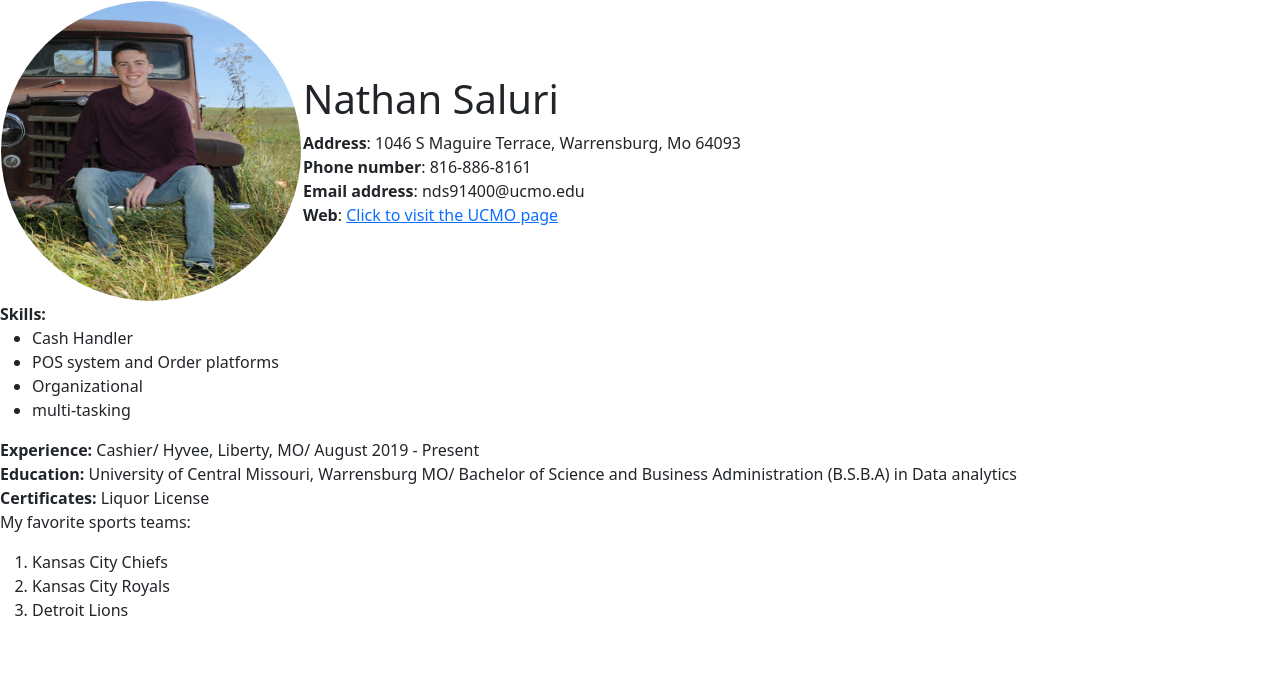
Repository: nds91400/spring-2023-cis2625-serverless
Page: lesson8/index.html
The author's editor kept a record of every edit. The page is drawn from the files as they stood at one moment, then again after the next edit.
The browser window is 1280 px wide. The pictures show the whole page.

Above is the page before.

After the next edit:
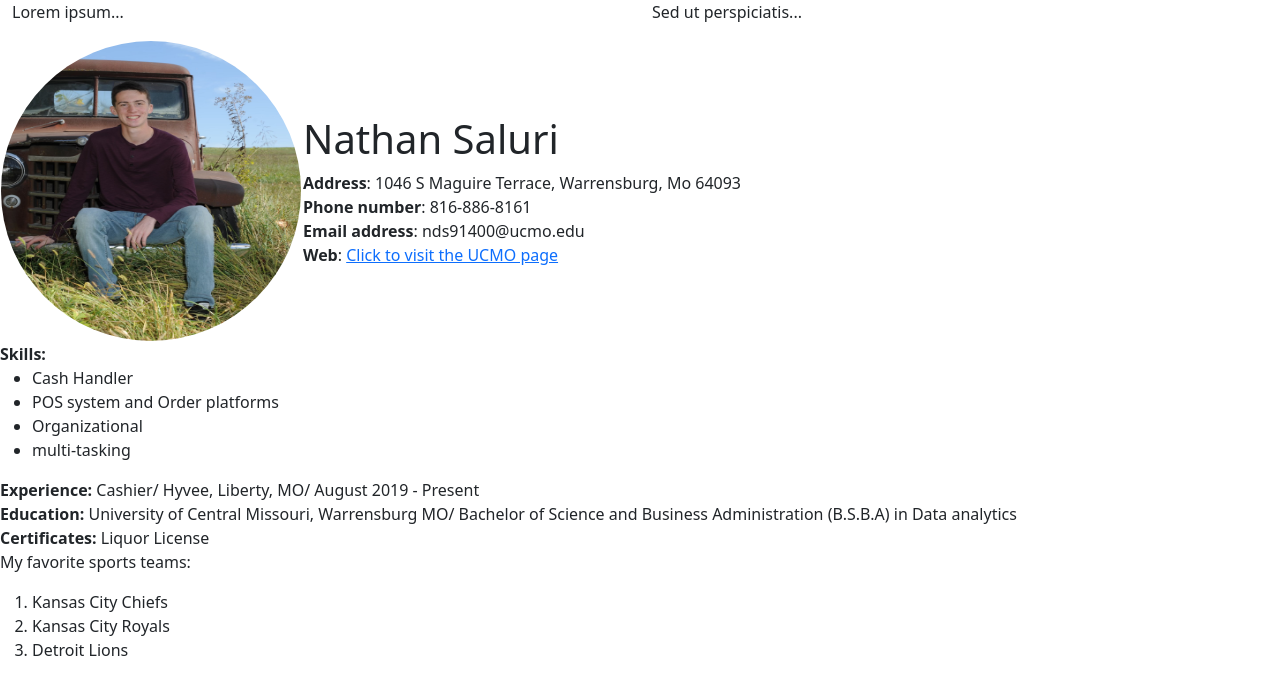
The edit:
--- a/lesson8/index.html
+++ b/lesson8/index.html
@@ -7,6 +7,21 @@
     <link href="https://cdn.jsdelivr.net/npm/bootstrap@5.3.0-alpha1/dist/css/bootstrap.min.css" rel="stylesheet" integrity="sha384-GLhlTQ8iRABdZLl6O3oVMWSktQOp6b7In1Zl3/Jr59b6EGGoI1aFkw7cmDA6j6gD" crossorigin="anonymous">
   </head>
   <body>
+      <div class="container-fluid">
+  <div class="row">
+    <div class="col-sm-3 col-md-6">
+      <p>Lorem ipsum...</p>
+    </div>
+    <div class="col-sm-9 col-md-6">
+      <p>Sed ut perspiciatis...</p>
+    </div>
+    <div class="row">
+        <div class="col-sm">
+
+        </div>
+    </div>
+  </div>
+</div>
 
 <table name="top" id="top">
 <tr>
